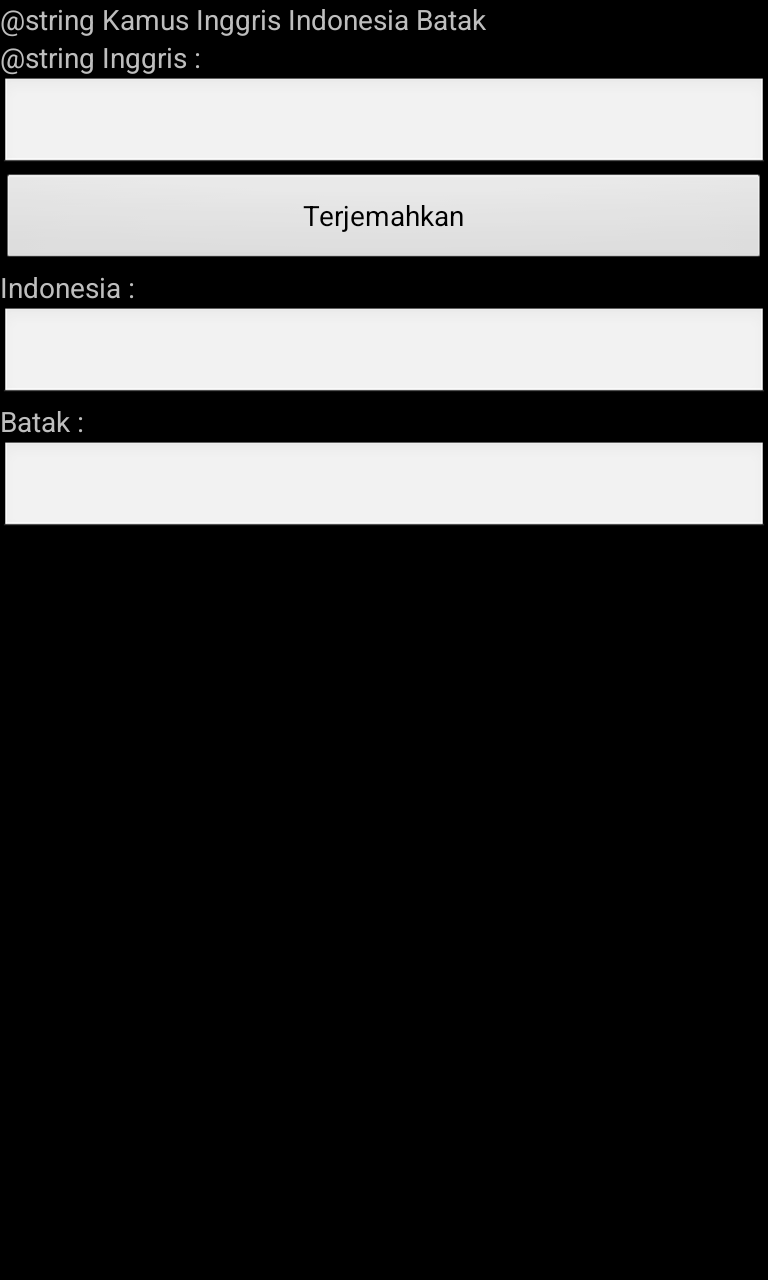
Repository: AndenWano/kamusbahasaindonesia
Layout: KamusKomputer/Kamus/res/layout/activity_show_kamus.xml
The author's editor kept a copy of each file at every save. The layout is drawn from the files as they stood at one save, then again after the next save.
It is drawn on a 768 x 1280 px phone screen (xhdpi) without system bars, with theme android:Theme; the app's code is not run.

Above is the layout before, as saved 2014-12-21 10:12:20.

After the next save:
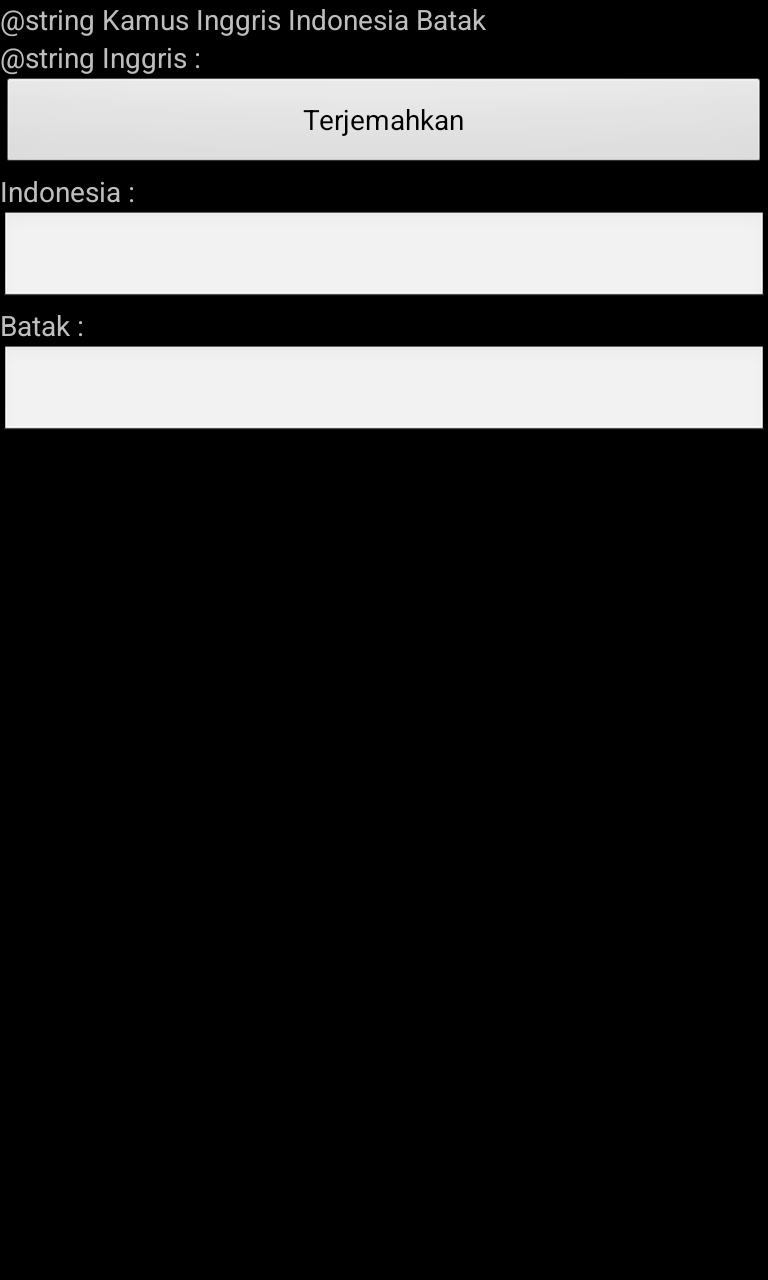
Saved 21 s later.
--- a/KamusKomputer/Kamus/res/layout/activity_show_kamus.xml
+++ b/KamusKomputer/Kamus/res/layout/activity_show_kamus.xml
@@ -16,7 +16,7 @@
 android:layout_width="wrap_content"
 android:layout_height="wrap_content">
 </TextView>
-<EditText
+
 android:text=""
 android:id="@+id/txtInggris"
 android:layout_width="fill_parent"

After the save that followed:
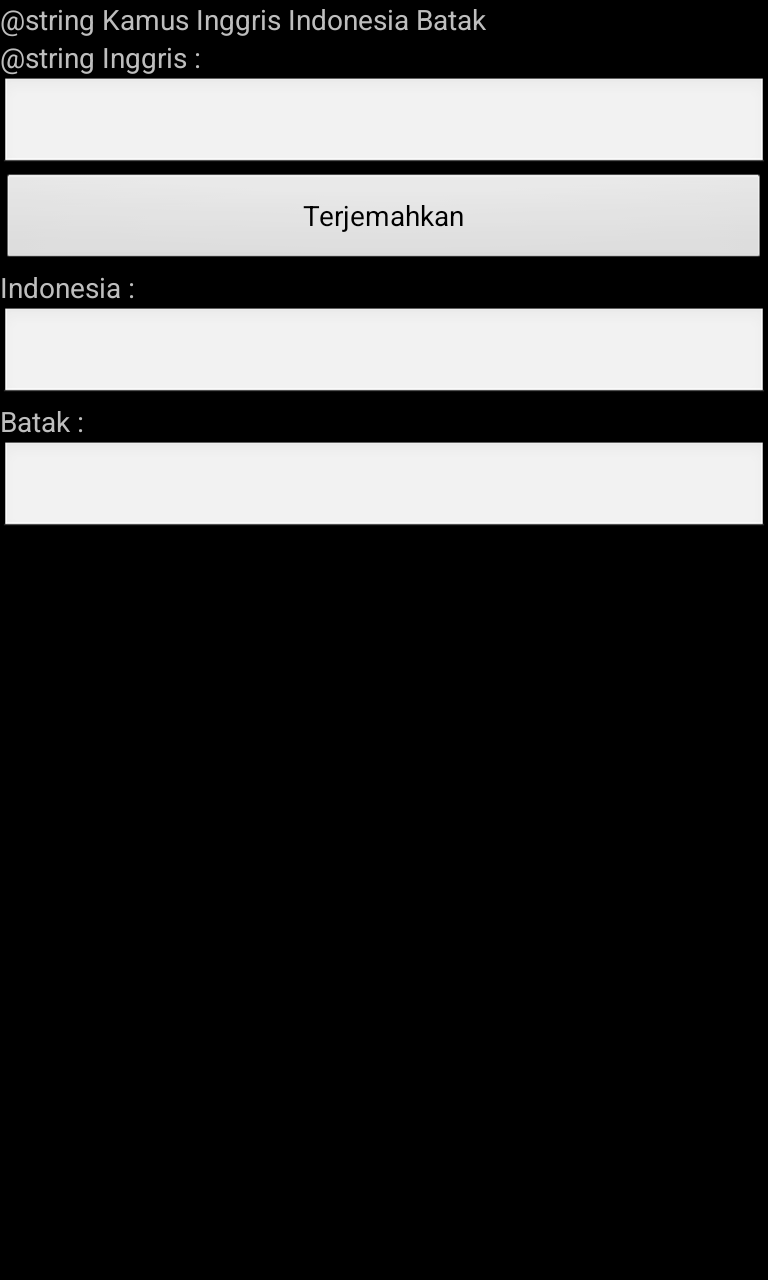
Saved 5 s later.
--- a/KamusKomputer/Kamus/res/layout/activity_show_kamus.xml
+++ b/KamusKomputer/Kamus/res/layout/activity_show_kamus.xml
@@ -16,7 +16,7 @@
 android:layout_width="wrap_content"
 android:layout_height="wrap_content">
 </TextView>
-
+<EditText
 android:text=""
 android:id="@+id/txtInggris"
 android:layout_width="fill_parent"
